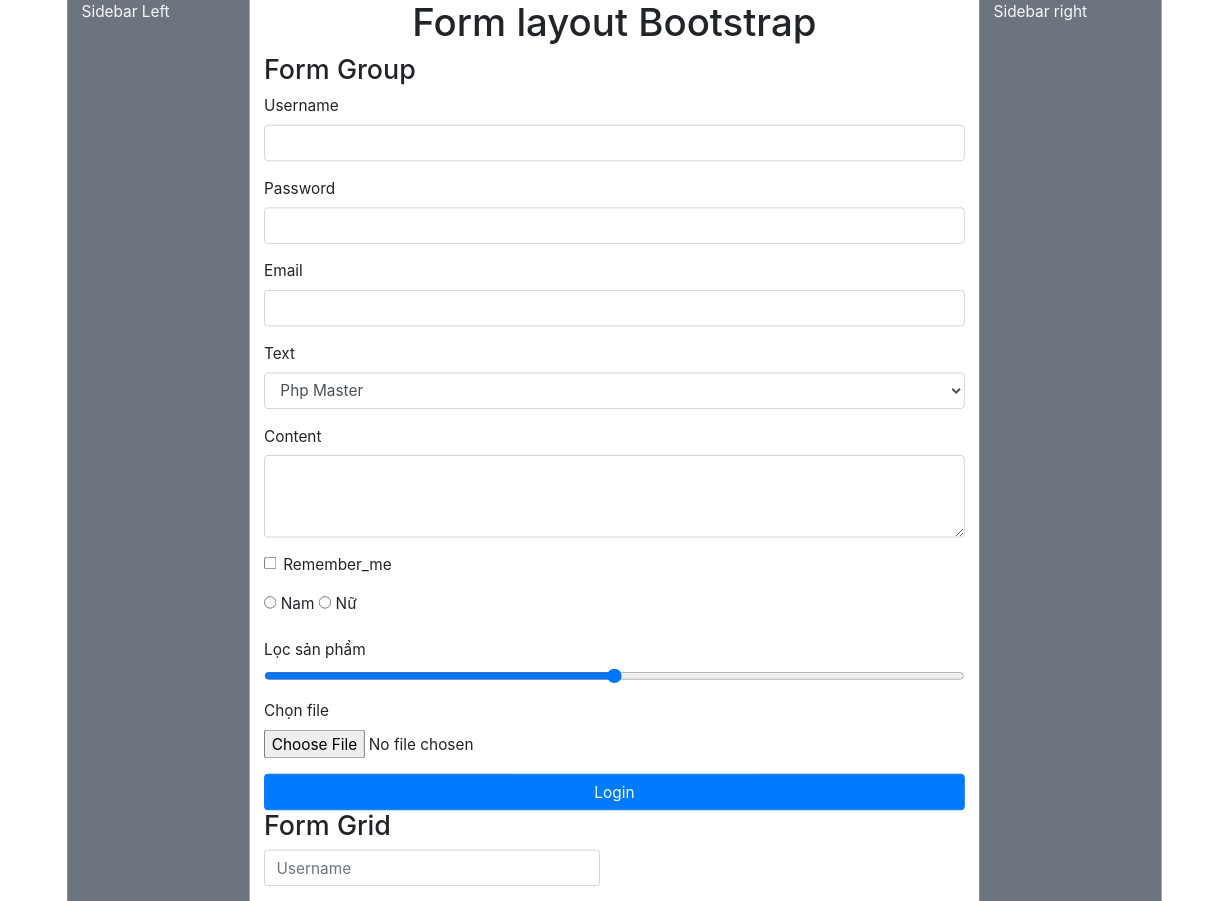
Repository: anhtu2110/front_end
Page: lesson/bootstrap/advance/5.12-form-layout.html
The author's editor kept a copy of each file at every save. The page is drawn from the files as they stood at one save, then again after the next save.
The browser window is 1280 px wide. The pictures show the whole page, at 96% of full size.

Above is the page before, as saved 2022-12-08 17:52:13.

### lesson/bootstrap/advance/5.12-form-layout.html
<!DOCTYPE html>
<html lang="en">
  <head>
    <meta charset="UTF-8" />
    <meta http-equiv="X-UA-Compatible" content="IE=edge" />
    <meta name="viewport" content="width=device-width, initial-scale=1.0" />
    <link rel="stylesheet" href="./bootstrap/css/bootstrap.min.css" />
    <title>Form layout</title>
  </head>
  <body>
    <div class="container">
        <div class="row">
            <div class="col-md-2 bg-secondary text-light">Sidebar Left</div>
            <div class="col-md-8">
                <h1 class="text-center">Form layout Bootstrap</h1>
                <h3>Form Group</h3>
                <form action="">
                    <div class="form-group">
                      <label for="username">Username</label>
                      <input type="text" class="form-control" name="username" id="username" />
                    </div>
                    <div class="form-group">
                      <label for="password">Password</label>
                      <input type="password" class="form-control" name="password" id="password" />
                    </div>
                    <div class="form-group">
                      <label for="email">Email</label>
                      <input type="email" class="form-control" name="email" id="email" />
                    </div>
                    <div class="form-group">
                      <label for="course">Text</label>
                      <select id="course" class="form-control" name="">
                          <option>Php Master</option>
                          <option>Bootstrap</option>
                          <option>Responsive</option>
                      </select>
                    </div>
                    <div class="form-group">
                      <label for="content">Content</label>
                      <textarea id="content" class="form-control" name="" rows="3"></textarea>
                    </div>
                    <div class="form-group form-check">
                      <input type="checkbox" class="form-check-input" name="remember_me" id="remember_me" />
                      <!-- .form-check-input thêm vào với trường hợp loại chechbox  -->
                      <label for="remember_me" class="form-check-label">Remember_me</label>
                    </div>
                    <div class="form-group">
                      <input type="radio" name="gender" id="male" value="male">
                      <label for="male">Nam</label>
                      <input type="radio" name="gender" id="female" value="female">
                      <label for="female">Nữ</label>
                    </div>
                    <div class="form-group">
                      <label for="filter_product">Lọc sản phẩm</label>
                      <input id="filter_product" class="form-control-range" type="range" name="filter" min="0" max="100">
                    </div>
                    <div class="form-group">
                      <label for="choose_file">Chọn file</label>
                      <input id="choose_file" class="form-control-file" type="file" name="">
                    </div>
                    <button type="submit" class="btn btn-primary btn-block" name="">Login</button>
                  </form>
                  <h3>Form Grid</h3>
                  <form action="">
                    <div class="row">
                        <div class="col-md-6">
                            <div class="form-group">
                                <input id="my-input" class="form-control" type="text" name="" placeholder="Username">
                            </div>
                        </div>
                        <div class="col-md-6">

                        </div>
                    </div>
                  </form>
            </div>
            <div class="col-md-2 bg-secondary text-light">
                Sidebar right
            </div>
        </div>
    </div>
    <script src="js/jquery-3.6.1.min.js"></script>
    <script src="js/popper.min.js"></script>
    <script src="./bootstrap/js/bootstrap.min.js"></script>
  </body>
</html>

Loaded but not shown: lesson/bootstrap/advance/bootstrap/css/bootstrap.min.css (library); lesson/bootstrap/advance/js/jquery-3.6.1.min.js (library); lesson/bootstrap/advance/js/popper.min.js (library); lesson/bootstrap/advance/bootstrap/js/bootstrap.min.js (library)

After the next save:
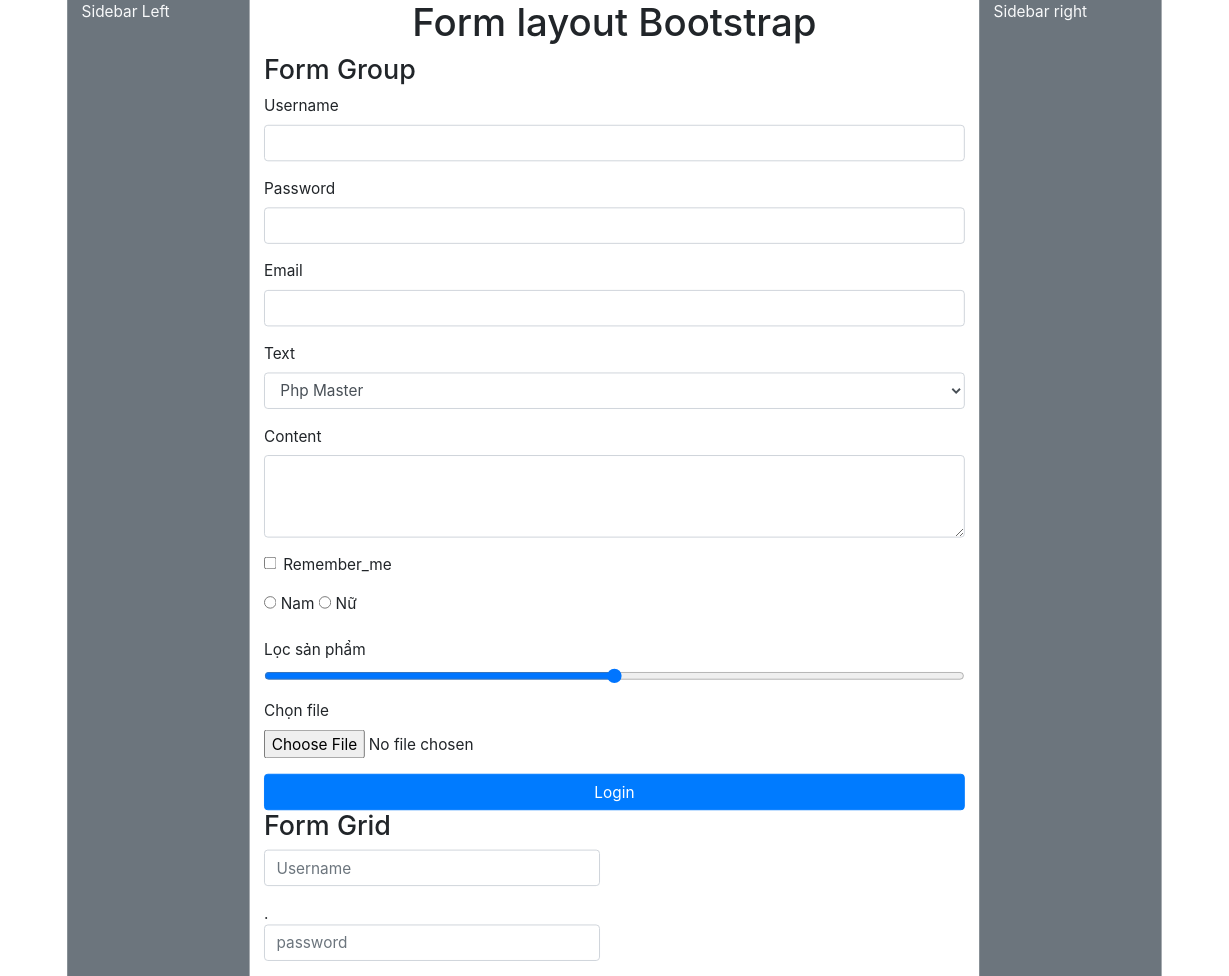
Saved 73 s later.
--- a/lesson/bootstrap/advance/5.12-form-layout.html
+++ b/lesson/bootstrap/advance/5.12-form-layout.html
@@ -65,7 +65,10 @@
                     <div class="row">
                         <div class="col-md-6">
                             <div class="form-group">
-                                <input id="my-input" class="form-control" type="text" name="" placeholder="Username">
+                                <input id="username" class="form-control" type="text" name="username" placeholder="Username">
+                            </div>
+                            .<div class="form-group">
+                                <input id="password" class="form-control" type="text" name="password" placeholder="password">
                             </div>
                         </div>
                         <div class="col-md-6">
